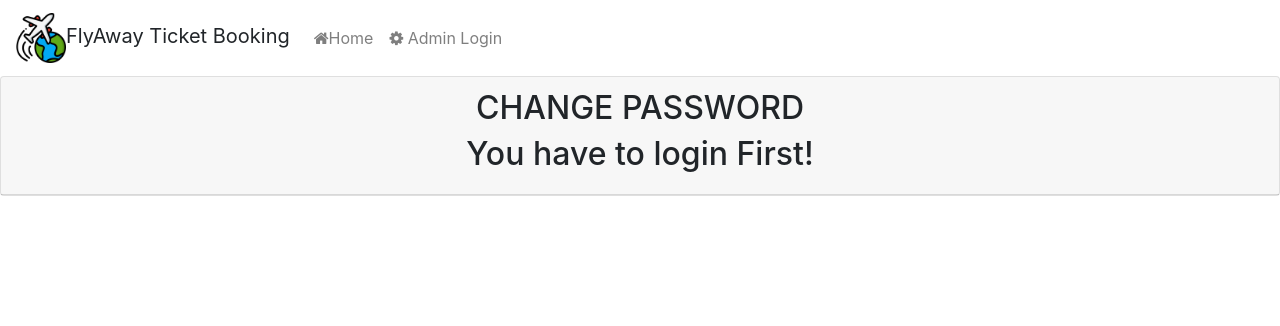
Repository: sayrabano/Phase2-project
Page: http://localhost/FlyAway/Changepassword.jsp
An editor plug-in stored every save of this project. The page is shown before and after the next save, followed by the edit.
The browser window is 1280 px wide. The pictures show the whole page.
Some web fonts or font styles are not loaded; a fallback is used. The page is served by Tomcat 9. Other server files are loaded and not shown.

Above is the page before, as saved 2021-09-29 20:00:50.

### FlyAway/src/main/webapp/Changepassword.jsp
<%@ page language="java" contentType="text/html; charset=ISO-8859-1"
	pageEncoding="ISO-8859-1"%>
	<%@page import="com.flyaway.LogIn"%>
<!DOCTYPE html>


<html>
<head>
<meta charset="ISO-8859-1">
<title>Fly Away</title>
<%@include file="allcss.jsp" %>



</head>
<body>

		<%@ include file="navbar.jsp" %>



	<div class="contain">
		<div class="raw -">
			<div class="col-md-4-oofset-md-4">
				<div class="card">
					<div class="card-header text-center c-head" id="head">

						<h2>CHANGE PASSWORD</h2>
						<%if (LogIn.isLoggedin)
						{
						%>
						<i class="fa fa-unlock-alt" aria-hidden="true"></i>
					</div>
					<div class="card-body">
						<form action="Changepassword" method="post">


							<div class="form-group">
								<label for="newpass">Enter New Password</label> <input
									type="password"  name="user_password" class="form-control" id="newpass"
									aria-describedby="passwordHelp"> <br><br>



							<button type="submit" class="btn btn-primary btn-block badge--pill">Change Password</button>
						</form>
						<%
						}
						else{
							out.println("<h2>You have to login First!</h2>");
						}
						%>
					</div>
				</div>


			</div>



		</div>


	</div>






</body>

</html>

### FlyAway/src/main/webapp/allcss.jsp



	<!-- Required meta tags -->
<meta charset="utf-8">
<meta name="viewport"
	content="width=device-width, initial-scale=1, shrink-to-fit=no">

<link rel="stylesheet"
	href="https://cdnjs.cloudflare.com/ajax/libs/font-awesome/4.7.0/css/font-awesome.min.css">
<!-- Required meta tags -->
<meta charset="utf-8">
<meta name="viewport"
	content="width=device-width, initial-scale=1, shrink-to-fit=no">

<!-- Bootstrap CSS -->
<link rel="stylesheet"
	href="https://maxcdn.bootstrapcdn.com/bootstrap/4.0.0/css/bootstrap.min.css"
	integrity="sha384-Gn5384xqQ1aoWXA+058RXPxPg6fy4IWvTNh0E263XmFcJlSAwiGgFAW/dAiS6JXm"
	crossorigin="anonymous">
<link rel="stylesheet"
	href="https://cdnjs.cloudflare.com/ajax/libs/font-awesome/4.7.0/css/font-awesome.min.css">
<link
	href="https://fonts.googleapis.com/css2?family=Baloo+Bhai+2:wght@500&display=swap"
	rel="stylesheet">
<link
	href="https://fonts.googleapis.com/css2?family=Ubuntu:ital,wght@1,700&display=swap"
	rel="stylesheet">

### FlyAway/src/main/webapp/navbar.jsp
<nav class="navbar navbar-expand-lg navbar-light bg-custom" id="navbar">





		<a class="navbar-brand" id="tag"><img src="Images/travel.png" class="img-fluid"  width="50px">FlyAway Ticket Booking</a>


		<div class="collapse navbar-collapse" id="navbarSupportedContent">
			<ul class="navbar-nav mr-auto">
				<li class="nav-item"><a class="nav-link" href="Home.jsp">
						<i class="fa fa-home" aria-hidden="true"></i>Home </a></li>

				<li class="nav-item"><a href="Login.jsp" class="nav-link"><i
						class="fa fa-gear"></i> Admin Login</a></li>




			</ul>




		</div>

	</nav>

### FlyAway/src/main/webapp/CSS/style9.css
@charset "ISO-8859-1";
#navbar{
background-color:rgba(0,0,0,.2);
font-family:'Ubuntu', sans-serif;

}


#navbar ul li a{
	color:white;

	font-size:20px;
	font-weight:bold;
	padding:15px 20px;

}
#navbar ul li a:hover{
	color:black;
	background-color:white;
	border-radius:18px;


}


#tag{
	font-size:2rem;
 color:black;
 font-weight:bold;


	float:right;
	padding: 10px 20px;

}
#gear{
	margin:2px;
	padding:10px;



}
#gear a:hover{



	background-color:white;
}

.span{
	font-size:5rem;
}

.card{
	position:absolute;

	display:inline-block;

	margin-left:34rem;
	margin-top:5rem;

	font-family: 'Baloo Bhai 2', cursive;
}
#head{
	background-color:green;

}

After the next save:
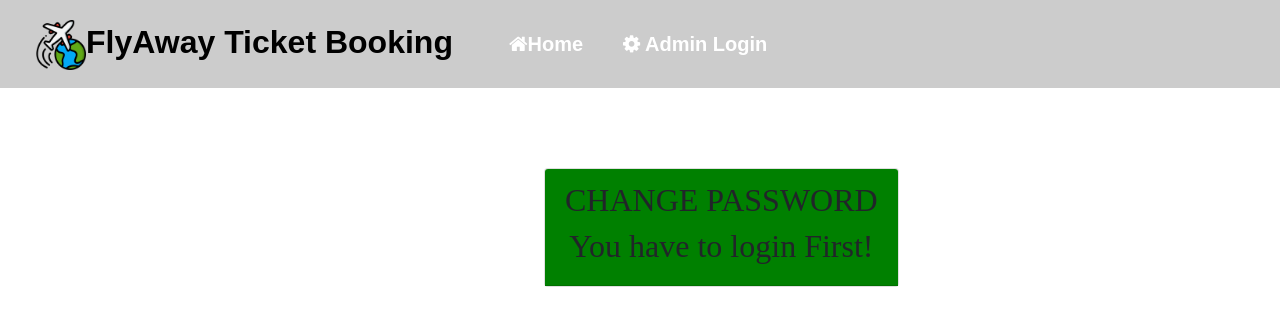
Saved 27 s later.
--- a/FlyAway/src/main/webapp/Changepassword.jsp
+++ b/FlyAway/src/main/webapp/Changepassword.jsp
@@ -9,7 +9,7 @@
 <meta charset="ISO-8859-1">
 <title>Fly Away</title>
 <%@include file="allcss.jsp" %>
-
+<link rel="stylesheet" href="CSS/style9.css" />
 
 
 </head>
